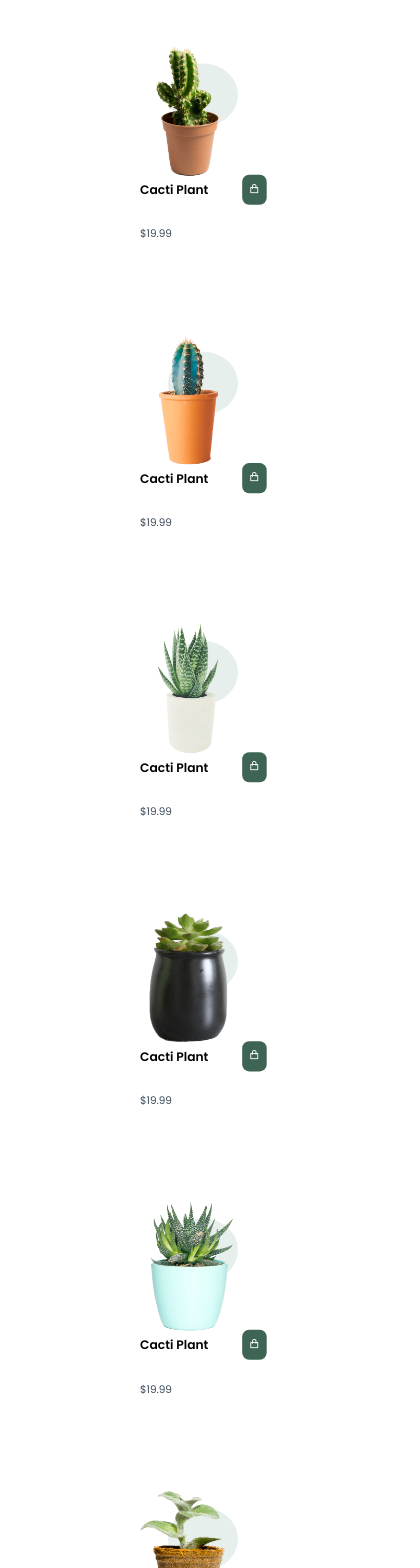
Repository: OmniaRafat232111121/plantwebsite
Page: index.html
An editor plug-in stored every save of this project. The page is shown before and after a run of saves, followed by the edit.
The browser window is 600 px wide. The pictures show the part of the page from y = 3271 to 5511 px (the page is 7858 px tall), at 70% of full size.

Above is the page before, as saved 2023-01-05 17:18:46.

After the next 2 saves:
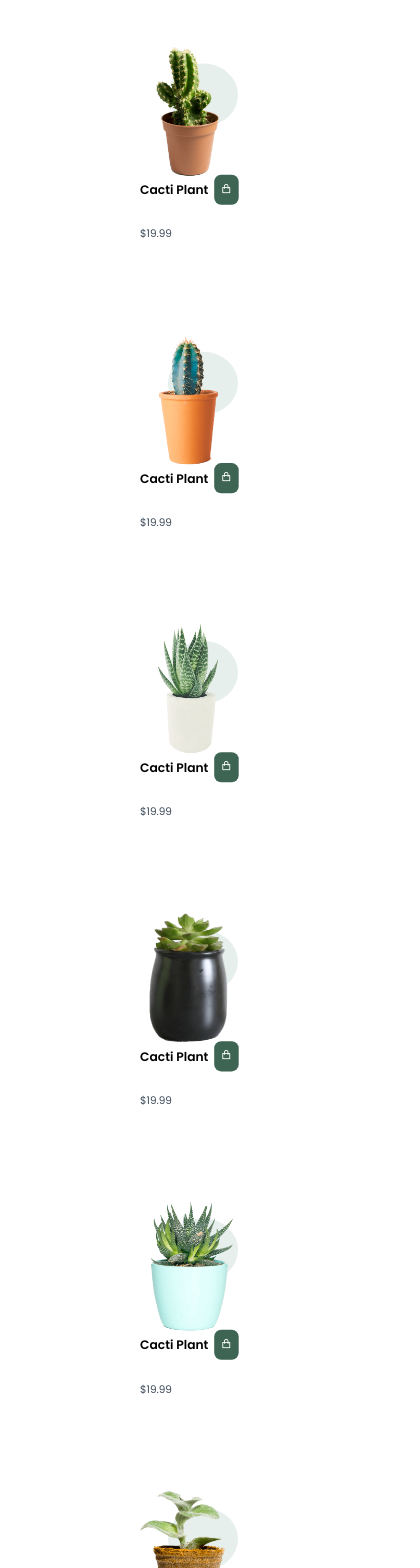
The 2 saves are shown as one change because they came seconds apart.
The last was saved 11 s later.
--- a/assets/css/styles.css
+++ b/assets/css/styles.css
@@ -787,6 +787,6 @@ margin-top: 40px;
 @media(max-width:767px){
   .box button{
     position:relative;
-    left:20px;
+    left:-20px;
   }
 }
